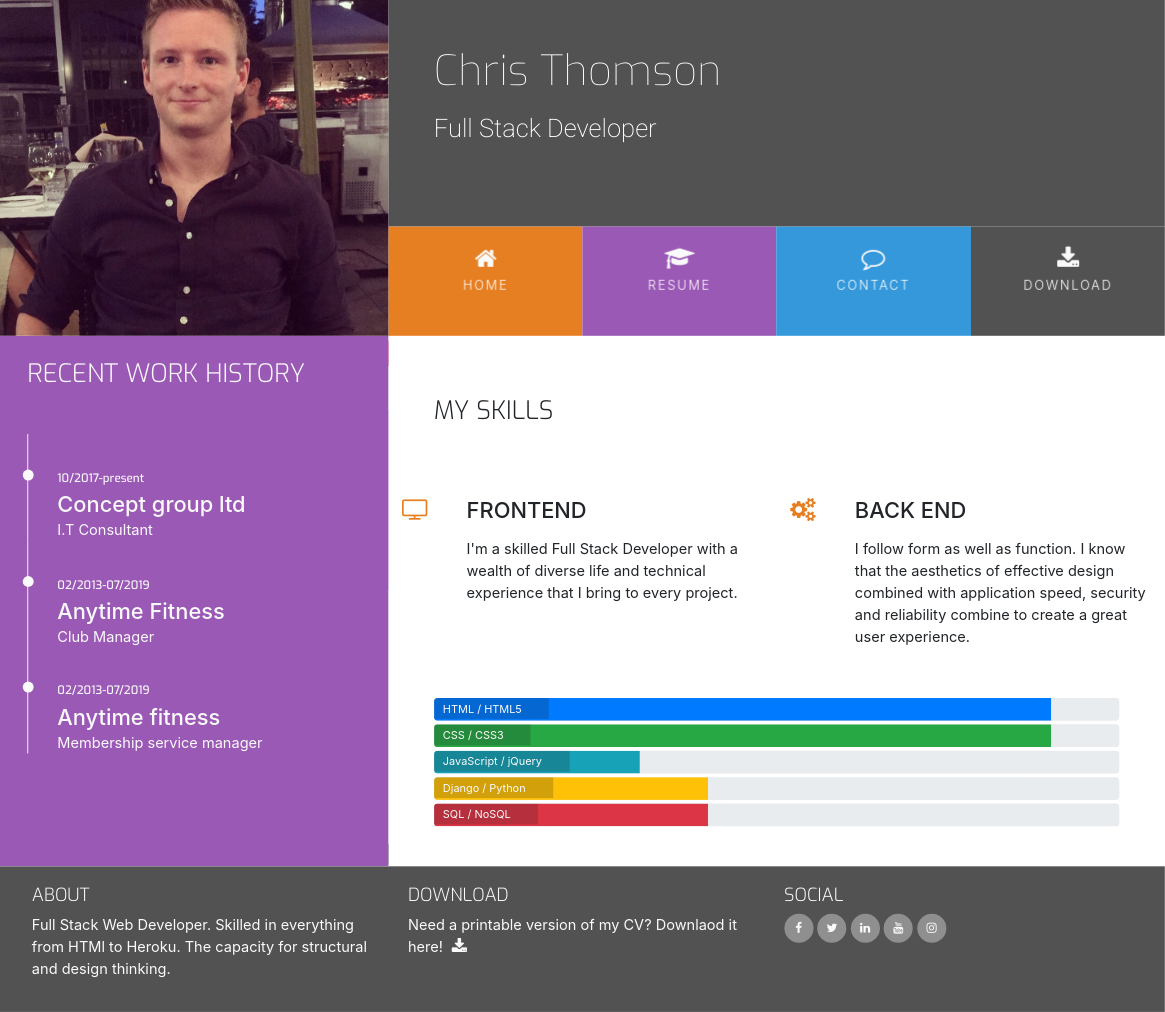
Repository: cthoms1993/Resume
Page: resume.html
The author's editor kept a record of every edit. The page is drawn from the files as they stood at one moment, then again after the next edit.
The browser window is 1280 px wide. The pictures show the whole page, at 91% of full size.

Above is the page before.

### resume.html
<!DOCTYPE html>
<html lang="en-us">

<head>
    <meta charset="UTF-8">
    <meta name="viewport" content="width=device-width, initial-scale=1.0">
    <meta http-equiv="X-UA-Compatible" content="ie=edge">
    <link rel="stylesheet" href="https://stackpath.bootstrapcdn.com/bootstrap/4.3.1/css/bootstrap.min.css" type="text/css" />
    <link rel="stylesheet" href="https://stackpath.bootstrapcdn.com/font-awesome/4.7.0/css/font-awesome.min.css" type="text/css" />
    <link rel="stylesheet" href="https://cdnjs.cloudflare.com/ajax/libs/hover.css/2.3.1/css/hover-min.css" type="text/css" />
    <link rel="stylesheet" href="assets/css/style.css" type="text/css" />
    <title>Chris Thomson Resume</title>

</head>

<body>
    <header>
        <div class="row no-gutters">
            <a href="index.html" class="col-md-4 logo">

            </a>
            <div class="col-md-8">
                <div class="row no-gutters bg-color-name-title">
                    <div class="col heading">
                        <h1 class="name">Chris Thomson</h1>
                        <h2 class="title">Full Stack Developer</h2>
                    </div>
                </div>
                <div class="row no-gutters">
                    <div class="col">
                        <ul class="nav" class="list-inline menucontainer">
                            <li class="col-6 col-sm-3 ui-menu-color-home list-inline-item menuitem">
                                <a href="index.html" class="hvr-sweep-to-bottom"><i class="fa fa-home" aria-hidden="true"></i><span>Home</span></a>
                            </li>
                            <li class="col-6 col-sm-3 ui-menu-color-resume list-inline-item menuitem">
                                <a href="resume.html" class="hvr-sweep-to-bottom"><i class="fa fa-graduation-cap" aria-hidden="true"></i><span>Resume</span></a>
                            </li>
                            <li class="col-6 col-sm-3 ui-menu-color-contact list-inline-item menuitem">
                                <a href="contact.html" class="hvr-sweep-to-bottom"><i class="fa fa-comment-o" aria-hidden="true"></i><span>Contact</span></a>
                                <li class="col-6 col-sm-3 ui-menu-color-download list-inline-item menuitem">
                                    <a href="assets/cv/sample-cv.pdf" target="_blank" class="hvr-sweep-to-bottom"><i class="fa fa-download" aria-hidden="true"></i><span>Download</span></a>
                                </li>
                            </li>
                        </ul>
                    </div>
                </div>
            </div>
        </div>

    </header>
    <section class="container-fluid">
        <div class="row">
            <div class="col-md-4 bg-color-work-history section-column">
                <div class="row">
                    <div class="col-12">
                        <h3 class="history-heading uppercase">Recent Work History</h3>
                    </div>
                </div>
                <div class="history-items">
                    <div class="timeline-item" data-dates="10/2017-present">
                        <h4>Concept group ltd</h4>
                        <p>I.T Consultant</p>
                    </div>
                    <div class="timeline-item" data-dates="02/2013-07/2019">
                        <h4>Anytime Fitness</h4>
                        <p>Club Manager</p>
                    </div>
                    <div class="timeline-item" data-dates="02/2013-07/2019">
                        <h4>Anytime fitness</h4>
                        <p>Membership service manager</p>
                    </div>

                </div>
            </div>
            <div class="col-md-8 bg-color-three-reasons">
                <div class="row progress-section">
                    <div class="col">
                        <h3 class="section-heading uppercase">My skills</h3>
                    </div>
                </div>
                <div class="row">
                    <div class="col-10 offset-1 offset-sm-0 col-sm-4 col-md-6">
                        <div class="row">
                            <div class="col-2">
                                <i class="three-reasons-icon fa fa-tv" arai-hidden="true"></i>
                            </div>
                            <div class="col-10">
                                <h4 class="three-reasons-heading uppercase">Frontend</h4>
                                <p>I'm a skilled Full Stack Developer with a wealth of diverse life and technical experience that I bring to every project.</p>
                            </div>
                        </div>
                    </div>
                    <div class="col-10 offset-1 offset-sm-0 col-sm-4 col-md-6">
                        <div class="row">
                            <div class="col-2">
                                <i class="three-reasons-icon fa fa-gears" arai-hidden="true"></i>
                            </div>
                            <div class="col-10">
                                <h4 class="three-reasons-heading uppercase">Back End</h4>
                                <p>I follow form as well as function. I know that the aesthetics of effective design combined with application speed, security and reliability combine to create a great user experience.
                                </p>
                            </div>
                        </div>
                    </div>
                </div>
                <div class="row progress-section">
                    <div class="col">
                        <div class="progress">
                            <div class="progress-bar" role="progressbar" aria-valuenow="90" aria-valuemin="0" aria-valuemax="100" style="width:90%;">
                                <span class="sr-only">90% complete</span>
                            </div>
                            <span class="progress-type">HTML / HTML5</span>
                        </div>
                        <div class="progress">
                            <div class="progress-bar bg-success" role="progressbar" aria-valuenow="80" aria-valuemin="0" aria-valuemax="100" style="width:90%;">
                                <span class="sr-only">90% complete</span>
                            </div>
                            <span class="progress-type">CSS / CSS3</span>
                        </div>
                        <div class="progress">
                            <div class="progress-bar bg-info" role="progressbar" aria-valuenow="70" aria-valuemin="0" aria-valuemax="100" style="width:30%;">
                                <span class="sr-only">30% complete</span>
                            </div>
                            <span class="progress-type">JavaScript / jQuery</span>
                        </div>
                        <div class="progress">
                            <div class="progress-bar bg-warning" role="progressbar" aria-valuenow="80" aria-valuemin="0" aria-valuemax="100" style="width:40%;">
                                <span class="sr-only">40% complete</span>
                            </div>
                            <span class="progress-type">Django / Python</span>
                        </div>
                        <div class="progress">
                            <div class="progress-bar bg-danger" role="progressbar" aria-valuenow="80" aria-valuemin="0" aria-valuemax="100" style="width:40%;">
                                <span class="sr-only">40% complete</span>
                            </div>
                            <span class="progress-type">SQL / NoSQL</span>
                        </div>
                    </div>
                </div>
            </div>
        </div>
    </section>
    <footer class="container-fluid">
        <div id="footer-details" class="row">
            <div class="col-sm-4">
                <h5 class="uppercase general-sub">About</h5>
                <p class="inline-block">Full Stack Web Developer. Skilled in everything from HTMl to Heroku. The capacity for structural and design thinking.</p>
            </div>
            <div class="col-sm-4">
                <h5 class="uppercase general-sub">Download</h5>
                <p class="inline-block">Need a printable version of my CV? Downlaod it here!
                    <a href="assets/cv/sample-cv.pdf" target="_blank" class="cv-pdf">
                    <i class="fa fa-download" aria-hidden="true"></i>
                    <span class="sr-only">Download link.</span>
                </a>
                </p>
            </div>
            <div class="col-sm-4">
                <h5 class="uppercase general-sub">Social</h5>
                <ul class="list-inline social-links">
                    <li class="list-inline-item">
                        <a target="_blank" href="#">
                            <i class="fa fa-facebook" aria-hidden="true">
                            <span class="sr-only">Facebook</span></i>
                        </a>
                    </li>
                    <li class="list-inline-item">
                        <a target="_blank" href="#">
                            <i class="fa fa-twitter" aria-hidden="true"></i>
                            <span class="sr-only">Twitter</span>
                        </a>
                    </li>
                    <li class="list-inline-item">
                        <a target="_blank" href="#">
                            <i class="fa fa-linkedin" aria-hidden="true"></i>
                            <span class="sr-only">Linkedin</span>
                        </a>
                    </li>
                    <li class="list-inline-item">
                        <a target="_blank" href="#">
                            <i class="fa fa-youtube" aria-hidden="true"></i>
                            <span class="sr-only">Youtube</span>
                        </a>
                    </li>
                    <li class="list-inline-item">
                        <a target="_blank" href="#">
                            <i class="fa fa-instagram" aria-hidden="true"></i>
                            <span class="sr-only">Instagram</span>
                        </a>
                    </li>
                </ul>
            </div>
    </footer>

</body>

</html>

### assets/css/style.css
@import url('https://fonts.googleapis.com/css?family=Roboto:100,200,300,400,500,600,700|Exo:100,200,300,400,500,600,700');

/*--------------------------------------------Colors*/

.bg-color-name-title {
    background-color: #525252;
}

.bg-color-three-reasons {
    background-color: #fff;
}

.bg-color-personal-info {
    background-color: #f4f4f4;
}

.bg-color-work-history {
    background-color: #9b59b6;
}

.bg-color-contact {
    background-color: #fff;
}

.ui-menu-color-home {
    background-color: #e67e22;
}

.ui-menu-color-resume {
    background-color: #9b59b6;
}

.ui-menu-color-contact {
    background-color: #3498db;
}

.ui-menu-color-download {
    background-color: #525252;
}

.row-table {
    display: table;
}

.section-column {
    display: table-cell;
    padding: 0 30px 30px;
    float: none;
}

.section-heading {
    font-family: "Exo", sans-serif;
    font-weight: 300;
    margin-top: 25px;
    margin-bottom: 40px;
}

/* ----------------------------------------Special paddings/margins/text */

h1,
h2,
h3,
h4 {
    margin: 0;
}

.uppercase {
    text-transform: uppercase;
}

.general-sub {
    font-family: "Exo", sans-serif;
    font-weight: 300;
    color: #fafafa;
}

.inline-block {
    display: inline-block;
}

.row-table {
    display: table;
}

.section-column {
    display: table-cell;
    padding: 0 30px 30px;
    float: none;
}

.history-heading,
.section-heading {
    font-family: "Exo", sans-serif;
    font-weight: 300;
    margin-top: 25px;
    margin-bottom: 40px;
}

/*--------------------------------------------Heading*/

header {
    margin: 0;
}

.heading {
    margin-left: 50px;
}

.logo {
    background: url("../images/me.jpg");
    background-position: center;
    background-repeat: no-repeat;
    background-size: cover;
    min-height: 360px;
    transition: all .5s ease-in-out;
    -moz-transition: all .5s ease-in-out;
    -webkit-transition: all .5s ease-in-out;
}

.name {
    font-family: "Exo", sans-serif;
    font-weight: 100;
    font-size: 46px;
    margin-top: 50px;
    color: #fff;
}

.title {
    font-family: "Roboto", sans-serif;
    font-weight: 200;
    font-size: 28px;
    margin-top: 20px;
    margin-bottom: 90px;
    color: #fff;
}

.list-inline-item:not(:last-child) {
    margin: 0;
}

.menucontainer {
    font-size: 0;
}

#nav li {
    font-size: 14px;
    padding: 0;
}

#nav {
    margin: 0;
}

.menuitem {
    height: 120px;
    text-align: center;
    padding: 0;
}

.menuitem a {
    width: 100%;
    text-decoration: none;
    color: #fff;
    height: 120px;
}

.menuitem a i {
    padding-top: 22px;
    display: block;
    color: #fafafa;
    font-size: 26px;
}

.menuitem span {
    display: block;
    width: 100%;
    padding-top: 5px;
    text-align: center;
    text-transform: uppercase;
    font-size: 14px;
    font-weight: 300;
    letter-spacing: 2px;
}

/*--------------------------------------------Hover.css*/

.hvr-sweep-to-bottom:before {
    background: rgba(0, 0, 0, 0.2);
    height: 120px;
}

/* ----------------------------------------Footer */

footer {
    background-color: #525252;
    color: #fafafa;
    min-height: 120px;
    margin: 0;
}

.cv-pdf i {
    font-size: 18px;
    color: #fafafa;
    text-align: center;
    padding-left: 5px;
    transition: all 0.35s ease-in-out;
    -moz-transition: all 0.35s ease-in-out;
    -webkit-transition: all 0.35s ease-in-out;
    -o-transition: all 0.35s ease-in-out;
}

.cv-pdf i:hover {
    color: #e84610;
}

.social-links {
    padding-bottom: 15px;
}

.social-links li a i {
    width: 32px;
    height: 32px;
    padding: 12px 0;
    border-radius: 50%;
    font-size: 13px;
    line-height: 7px;
    text-align: center;
    color: #fafafa;
    background: #8f8f8f;
    transition: all 0.35s ease-in-out;
    -moz-transition: all 0.35s ease-in-out;
    -webkit-transition: all 0.35s ease-in-out;
    -o-transition: all 0.35s ease-in-out;
}

.social-links li a i:hover {
    background: #e84610;
}

#footer-details {
    padding: 20px;
}

/* ----------------------------------------Three Reasons */

.three-reasons-icon {
    font-size: 26px;
    color: #e67e22;
}

.three-reasons-heading {
    margin-bottom: 15px;
}

/* ----------------------------------------Personal Info */

.personal-info-item {
    margin-bottom: 20px;
    display: block;
    clear: both;
}

.personal-info-item .key,
.personal-info-item .value {
    padding-right: 8px;
    display: inline-block;
}

.personal-info-item .key p,
.personal-info-item .value p {
    margin: 0;
}

.personal-info-item .key {
    width: 30%;
    margin-right: 21px;
    padding-top: 2px;
    vertical-align: top;
}

.personal-info-item .key p {
    font-weight: 700;
}

.personal-info-item .value {
    position: relative;
    width: 60%;
}

/* ----------------------------------------Skills */

.progress {
    position: relative;
    height: 25px;
    margin-bottom: 4px;
}

.progress-type {
    position: absolute;
    left: 0px;
    font-weight: 400;
    padding: 3px 30px 2px 10px;
    color: #fafafa;
    background-color: rgba(25, 25, 25, 0.2);
}

.progress-section {
    margin: 40px 20px;
}

/* ----------------------------------------Work History */

.history-heading {
    color: #fafafa;
    margin-bottom: 50px;
}

.timeline-item {
    padding: 4em 2em 0em 2em;
    position: relative;
    color: #fafafa;
    border-left: 1px solid;
}

.timeline-item p {
    padding: 0;
    margin: 0;
}

.timeline-item:before {
    content: attr(data-dates);
    position: absolute;
    left: 2.5em;
    top: 3em;
    display: block;
    font-family: "Exo", sans-serif;
    font-weight: 500;
    font-size: 0.8em;
    padding: 0;
    margin: 0;
}

.timeline-item:after {
    width: 12px;
    height: 12px;
    display: block;
    top: 2.4em;
    position: absolute;
    left: -6px;
    border-radius: 12px;
    content: '';
    background: #fafafa;
}

.history-items {
    margin-bottom: 30px;
}

/* ----------------------------------------contact form*/

.contact-heading {
    font-family: "exo", sans-serif;
    font-weight: 300px;
    margin-top: 25px;
    margin-bottom: 20px;
}

.center-form {
    padding: 10px;
    margin: 0 auto;
    max-width: 70%;
}

button[type="submit"] {
    margin-top: 15px;
    marging-bottom: 20px;
    color: #fafafa;
    background-color: #e64610;
}

/* ----------------------------------------media Queries*/

@media(min-width:992px){

    .center-form {
    padding: 30px;
    min-height:240px;
    margin: 0 auto;
    max-width: 50%;
}

}

After the next edit:
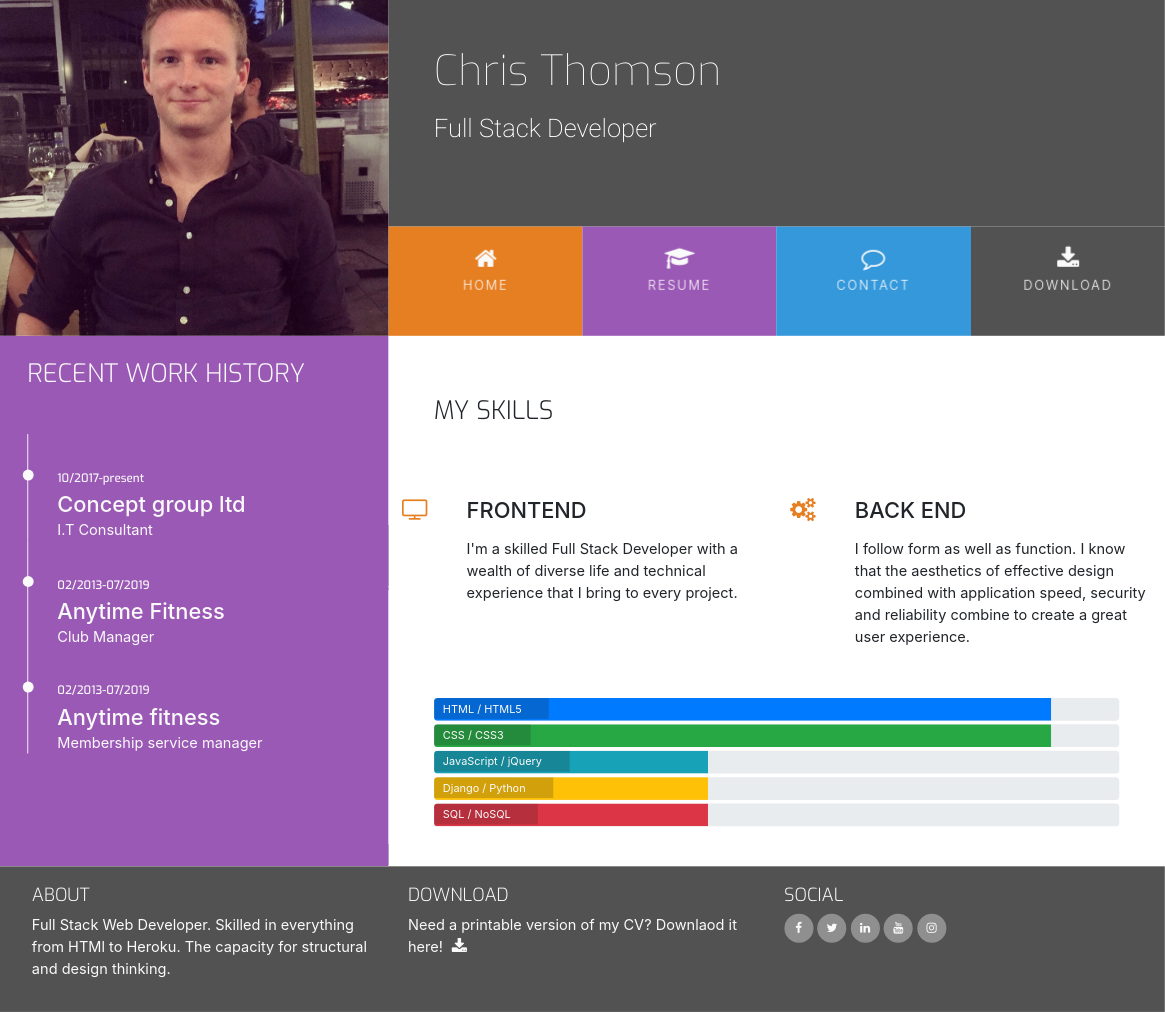
The edit:
--- a/resume.html
+++ b/resume.html
@@ -118,8 +118,8 @@
                             <span class="progress-type">CSS / CSS3</span>
                         </div>
                         <div class="progress">
-                            <div class="progress-bar bg-info" role="progressbar" aria-valuenow="70" aria-valuemin="0" aria-valuemax="100" style="width:30%;">
-                                <span class="sr-only">30% complete</span>
+                            <div class="progress-bar bg-info" role="progressbar" aria-valuenow="70" aria-valuemin="0" aria-valuemax="100" style="width:40%;">
+                                <span class="sr-only">40% complete</span>
                             </div>
                             <span class="progress-type">JavaScript / jQuery</span>
                         </div>
